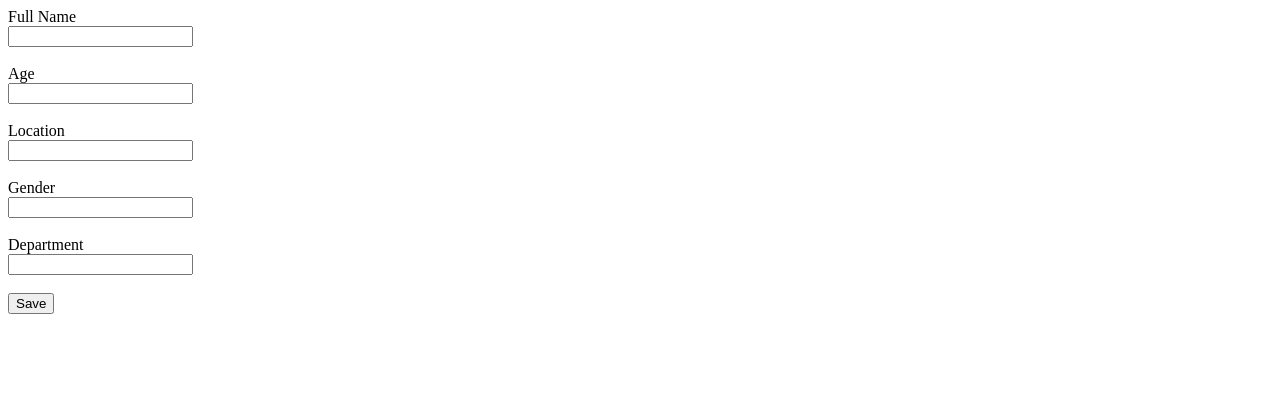
Repository: MrSyntax31/recordmanagement
Page: http://localhost/main/addUser.php
These files come from the project's save history. The page is drawn as it stood at one moment and after the next save; the edit follows.
The browser window is 1280 px wide. The pictures show the whole page.
The page is run by PHP 8.4 with error messages shown; the project is at /var/www/html/.

Above is the page before, as saved 2022-03-03 15:03:54.

After the next save:
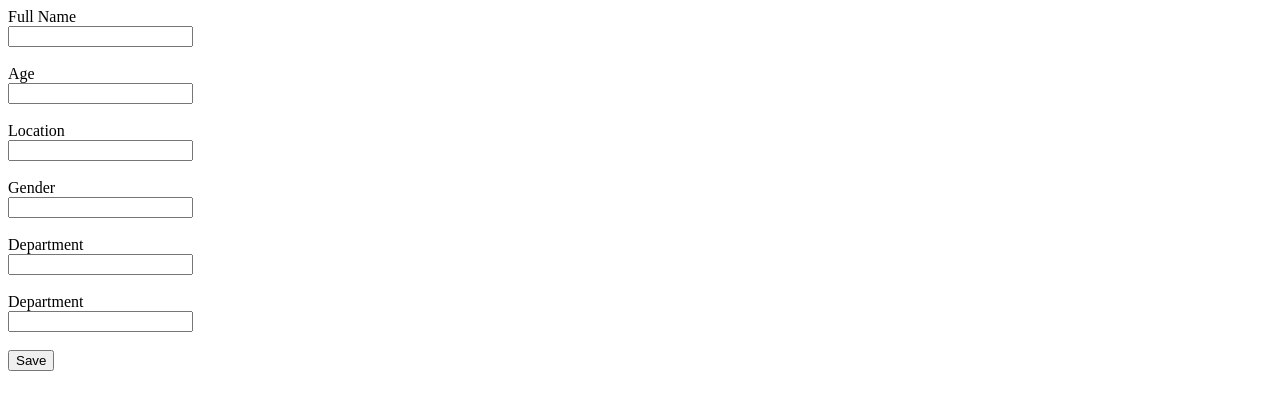
Saved 30 s later.
--- a/main/addUser.php
+++ b/main/addUser.php
@@ -10,6 +10,8 @@ Gender<br>
 <input type="text" name="gender" /><br><br>
 Department<br>
 <input type="text" name="department" /><br><br>
+Department<br>
+<input type="text" name="department" /><br><br>
 
 <input type="submit" value="Save">
 
